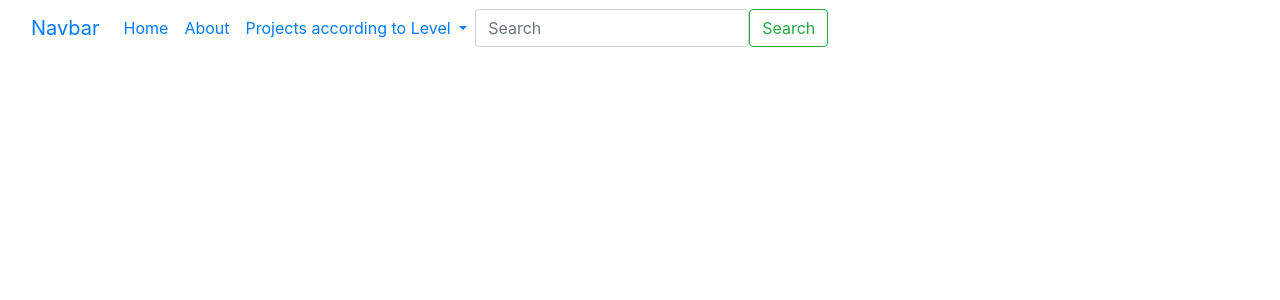
Repository: VictoriousMango/100-Python-Project
Page: index.html
These files come from the project's save history. The page is drawn as it stood at one moment and after the next save; the edit follows.
The browser window is 1280 px wide. The pictures show the whole page.
Some web libraries are served in a nearby version.

Above is the page before, as saved 2024-05-18 00:55:22.

### index.html
<!doctype html>
<html lang="en">
  <head>
    <!-- Required meta tags -->
    <meta charset="utf-8">
    <meta name="viewport" content="width=device-width, initial-scale=1, shrink-to-fit=no">

    <!-- Bootstrap CSS -->
    <link rel="stylesheet" href="https://cdn.jsdelivr.net/npm/bootstrap@4.0.0/dist/css/bootstrap.min.css" integrity="sha384-Gn5384xqQ1aoWXA+058RXPxPg6fy4IWvTNh0E263XmFcJlSAwiGgFAW/dAiS6JXm" crossorigin="anonymous">
    <!-- Bootstrap JS -->
    <script src="https://cdn.jsdelivr.net/npm/@popperjs/core@2.11.8/dist/umd/popper.min.js" integrity="sha384-I7E8VVD/ismYTF4hNIPjVp/Zjvgyol6VFvRkX/vR+Vc4jQkC+hVqc2pM8ODewa9r" crossorigin="anonymous"></script>
    <script src="https://cdn.jsdelivr.net/npm/bootstrap@5.3.3/dist/js/bootstrap.min.js" integrity="sha384-0pUGZvbkm6XF6gxjEnlmuGrJXVbNuzT9qBBavbLwCsOGabYfZo0T0to5eqruptLy" crossorigin="anonymous"></script>
    <title>100 Python Project</title>
  </head>
  <body>
    <nav class="navbar navbar-expand-lg bg-body-tertiary">
      <div class="container-fluid">
        <a class="navbar-brand" href="#">Navbar</a>
        <button class="navbar-toggler" type="button" data-bs-toggle="collapse" data-bs-target="#navbarSupportedContent" aria-controls="navbarSupportedContent" aria-expanded="false" aria-label="Toggle navigation">
          <span class="navbar-toggler-icon"></span>
        </button>
        <div class="collapse navbar-collapse" id="navbarSupportedContent">
          <ul class="navbar-nav me-auto mb-2 mb-lg-0">
            <li class="nav-item">
              <a class="nav-link active" aria-current="page" href="#">Home</a>
            </li>
            <li class="nav-item">
              <a class="nav-link" href="#">About</a>
            </li>
            <li class="nav-item dropdown">
              <a class="nav-link dropdown-toggle" href="#" role="button" data-bs-toggle="dropdown" aria-expanded="true ">
                Projects according to Level
              </a>
              <ul class="dropdown-menu">
                <li><a class="dropdown-item" href="#">Beginner</a></li>
                <li><a class="dropdown-item" href="#">Intermediate</a></li>
                <li><a class="dropdown-item" href="#">Advanced</a></li>
                <li><a class="dropdown-item" href="#">Professional</a></li>
              </ul>
            </li>
          </ul>
          <form class="d-flex" role="search">
            <input class="form-control me-2" type="search" placeholder="Search" aria-label="Search">
            <button class="btn btn-outline-success" type="submit">Search</button>
          </form>
        </div>
      </div>
    </nav>


    <!-- Optional JavaScript -->
    <!-- jQuery first, then Popper.js, then Bootstrap JS -->
    <script src="https://code.jquery.com/jquery-3.2.1.slim.min.js" integrity="sha384-KJ3o2DKtIkvYIK3UENzmM7KCkRr/rE9/Qpg6aAZGJwFDMVNA/GpGFF93hXpG5KkN" crossorigin="anonymous"></script>
    <script src="https://cdn.jsdelivr.net/npm/popper.js@1.12.9/dist/umd/popper.min.js" integrity="sha384-ApNbgh9B+Y1QKtv3Rn7W3mgPxhU9K/ScQsAP7hUibX39j7fakFPskvXusvfa0b4Q" crossorigin="anonymous"></script>
    <script src="https://cdn.jsdelivr.net/npm/bootstrap@4.0.0/dist/js/bootstrap.min.js" integrity="sha384-JZR6Spejh4U02d8jOt6vLEHfe/JQGiRRSQQxSfFWpi1MquVdAyjUar5+76PVCmYl" crossorigin="anonymous"></script>
  </body>
</html>

After the next save:
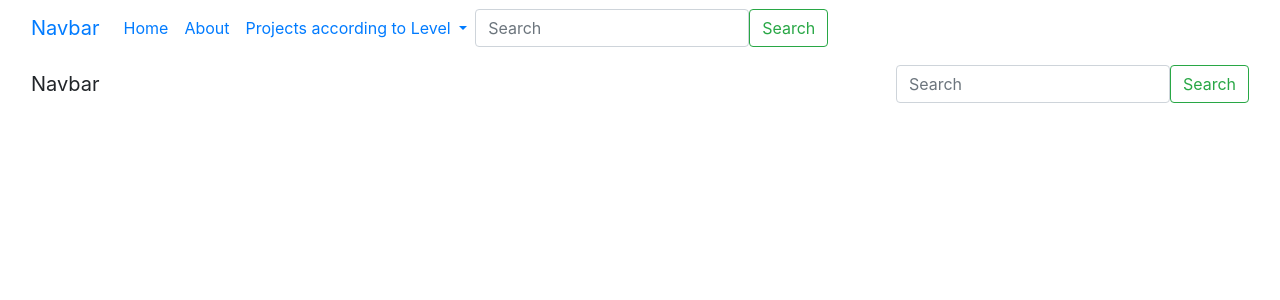
Saved 92 s later.
--- a/index.html
+++ b/index.html
@@ -47,6 +47,15 @@
       </div>
     </nav>
 
+    <nav class="navbar bg-body-tertiary">
+      <div class="container-fluid">
+        <a class="navbar-brand">Navbar</a>
+        <form class="d-flex" role="search">
+          <input class="form-control me-2" type="search" placeholder="Search" aria-label="Search">
+          <button class="btn btn-outline-success" type="submit">Search</button>
+        </form>
+      </div>
+    </nav>
 
     <!-- Optional JavaScript -->
     <!-- jQuery first, then Popper.js, then Bootstrap JS -->
